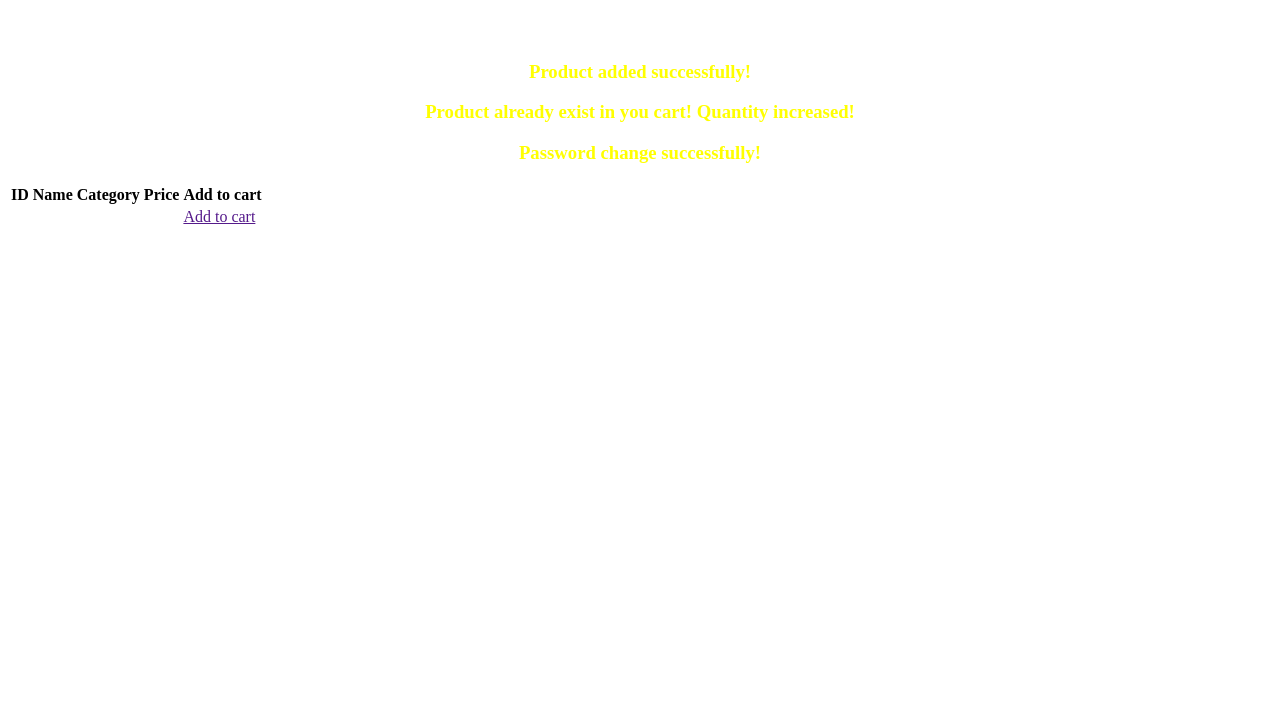
Repository: RajanKr004/E-commerce-Website-for-Sporty-Shoes-
Page: http://localhost/Phase_3_Ecommerce_website/home.jsp
These files come from the project's save history. The page is drawn as it stood at one moment and after the next save; the edit follows.
The browser window is 1280 px wide. The pictures show the whole page.
Some web libraries are served in a nearby version. The page is served by Tomcat 9.

Above is the page before, as saved 2022-02-10 09:56:08.

After the next save:
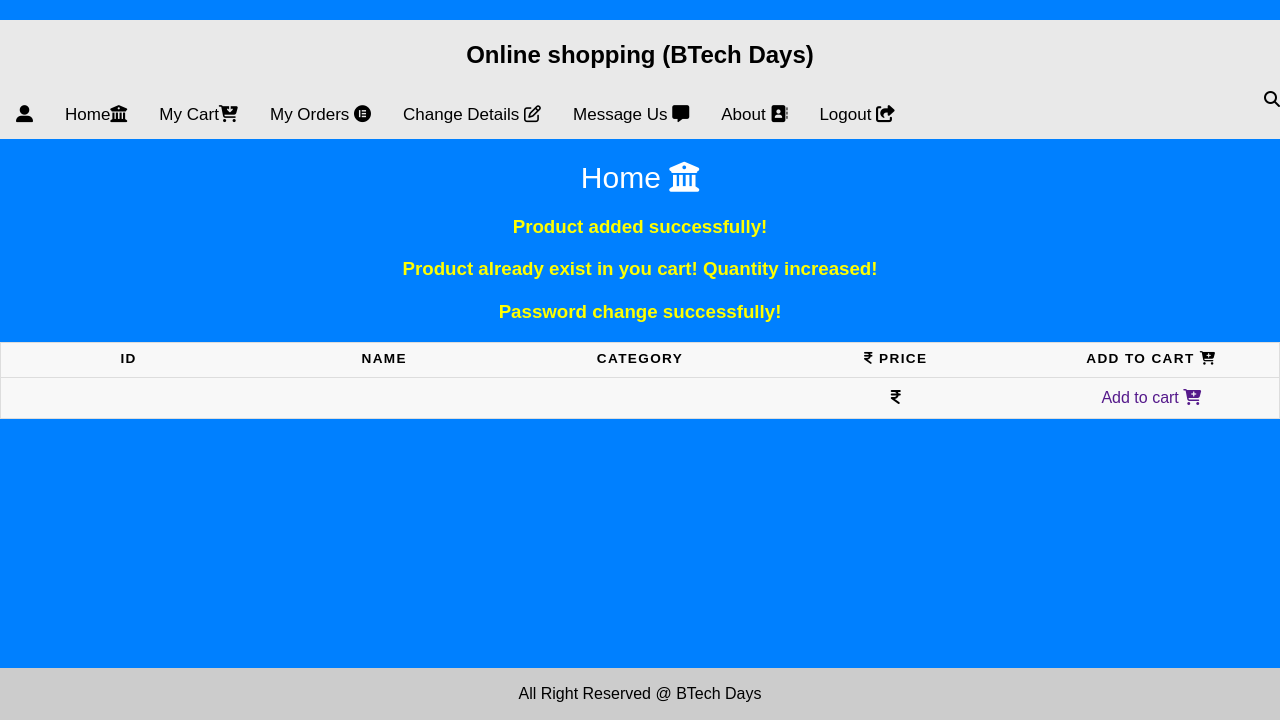
Saved 32 s later.
--- a/Phase 3 Ecommerce website/src/main/webapp/home.jsp
+++ b/Phase 3 Ecommerce website/src/main/webapp/home.jsp
@@ -1,3 +1,7 @@
+<%@page import="com.project.ConnectionProvider"%>
+<%@ page import="java.sql.*"%>
+<%@include file="header.jsp" %>
+<%@include file="footer.jsp" %>
 <!DOCTYPE html PUBLIC "-//W3C//DTD HTML 4.01 Transitional//EN" "http://www.w3.org/TR/html4/loose.dtd">
 <html>
 <head>
